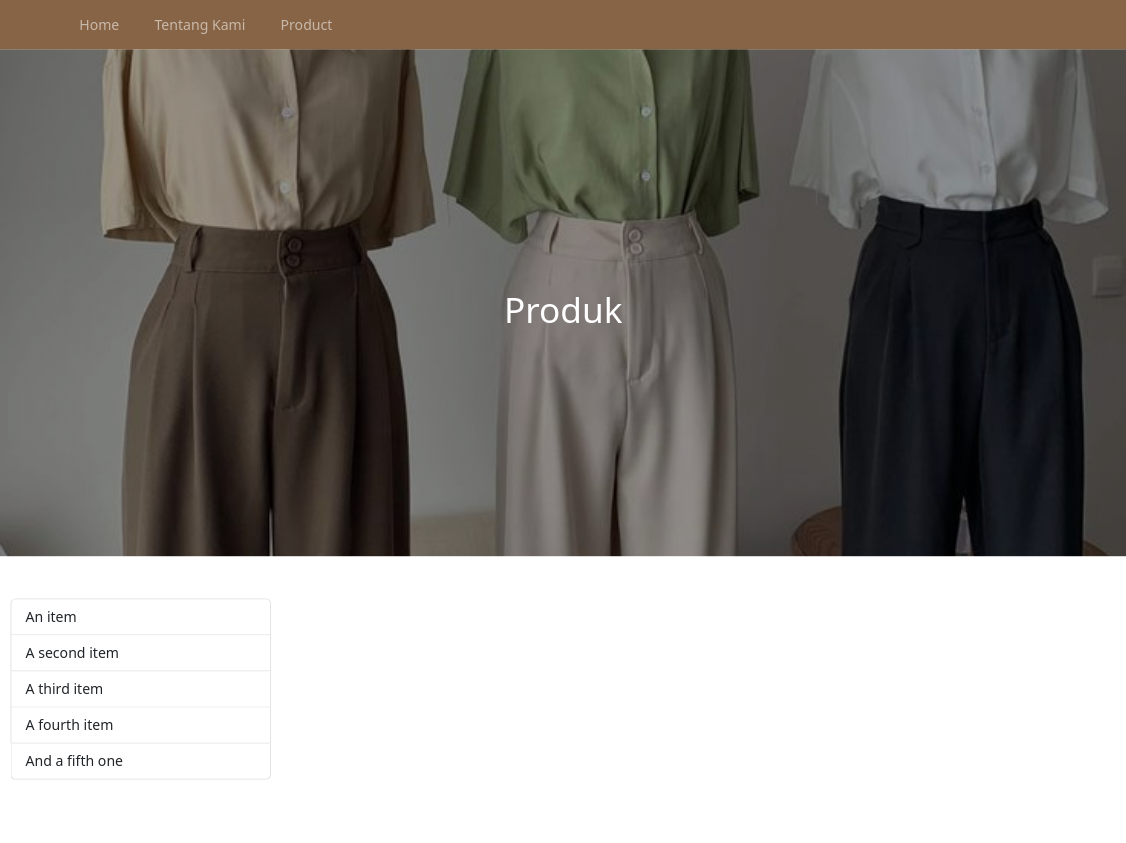
Repository: herman165/tugas_uas
Page: http://localhost/produk.php
An editor plug-in stored every save of this project. The page is shown before and after a run of saves, followed by the edit.
The browser window is 1280 px wide. The pictures show the whole page, at 88% of full size.
The page is run by PHP 8.4 with error messages shown; the project is at /var/www/html/.

Above is the page before, as saved 2024-12-11 03:19:33.

### produk.php

<!DOCTYPE html>
<html lang="en">
<head>
    <meta charset="UTF-8">
    <meta name="viewport" content="width=device-width, initial-scale=1.0">
    <title>Produk-Page</title>
    <link rel="stylesheet" href="bootstrap/css/bootstrap.min.css">
    <link rel="stylesheet" href="fontawesome/css/all.min.css">
    <link rel="stylesheet" href="css/style.css">
</head>
<body>
    <!-- navbar -->
    <?php require "navbar.php" ?>

    <!-- benner -->
     <div class="container-fluid banner d-flex align-items-center">
        <div class="container">
            <h1 class="mt-4 text-white text-center">Produk</h1>
        </div>
     </div>

    <!-- layout produk -->
        <div class="container-fluid d py-5">
            <div class="row">
                <div class="col-md-3 mb-4">
                    <ul class="list-group">
                        <li class="list-group-item">An item</li>
                        <li class="list-group-item">A second item</li>
                        <li class="list-group-item">A third item</li>
                        <li class="list-group-item">A fourth item</li>
                        <li class="list-group-item">And a fifth one</li>
                    </ul>
                </div>
                <div class="col-md-6"></div>
            </div>
        </div>


    <script src="bootstrap/js/bootstrap.bundle.min.js"></script>
    <script src="fontawesome/js/all.min.js"></script>
</body>
</html>

### navbar.php
<!DOCTYPE html>
<html lang="en">
<head>
    <meta charset="UTF-8">
    <meta name="viewport" content="width=device-width, initial-scale=1.0">
    <title>Responsive Navbar</title>
     <link rel="stylesheet" href="bootstrap/css/bootstrap.min.css">

<style>

        /* Khusus tampilan HP */
        @media (max-width: 480px) {
            .navbar {
                background: linear-gradient(to right, #6a11cb, #2575fc); /* Gradient ungu ke biru */
                box-shadow: 0 4px 6px rgba(0, 0, 0, 0.3); /* Bayangan */
                border-radius: 5px; /* Membuat sudut melengkung */
            }

            .navbar-dark .nav-link {
                color: #ffffff;
                background-color: rgba(255, 255, 255, 0.2); /* Transparan putih */
                margin: 5px;
                padding: 10px;
                border-radius: 5px; /* Melengkung */
                text-align: center;
                transition: background-color 0.3s ease, color 0.3s ease;
            }

            .navbar-dark .nav-link:hover {
                background-color: rgba(255, 255, 255, 0.4); /* Lebih terang saat hover */
                color: #ffcc00; /* Warna kuning keemasan */
            }

            /* Tombol toggler */
            .navbar-dark .navbar-toggler {
                border: none;
                background-color: #ffffff; /* Putih */
                padding: 5px;
                border-radius: 3px; /* Melengkung */
            }

            .navbar-dark .navbar-toggler-icon {
                background-color: #6a11cb; /* Ungu */
                border-radius: 2px;
                width: 25px;
                height: 3px;
            }
        }

</style>

</head>
<body>
    <nav class="navbar navbar-expand-lg navbar-dark warna1">
        <div class="container">
            <button class="navbar-toggler" type="button" data-bs-toggle="collapse" data-bs-target="#navbarSupportedContent" aria-controls="navbarSupportedContent" aria-expanded="false" aria-label="Toggle navigation">
                <span class="navbar-toggler-icon"></span>
            </button>
            <div class="collapse navbar-collapse" id="navbarSupportedContent">
                <ul class="navbar-nav me-auto mb-2 mb-lg-0">
                    <li class="nav-item me-4 ">
                        <a class="nav-link " href="index.php">Home</a>
                    </li>
                    <li class="nav-item me-4 ">
                        <a class="nav-link" href="tentang-kami.php">Tentang Kami</a>
                    </li>
                    <li class="nav-item me-4 ">
                        <a class="nav-link" href="produk.php">Product</a>
                    </li>
                </ul>
            </div>
        </div>
    </nav>

    <script src="bootstrap/js/bootstrap.bundle.min.js"></script>
</body>
</html>

### css/style.css
.warna1 {
    background-color: #876445;
}
.warna2 {
    background-color: #CA965C;
}
.warna3 {
    background-color: #EEC373;
}
.warna4 {
    background-color: #F4DFBA;
}
.banner {
    height: 80vh; /* Mengisi seluruh tinggi layar */
    background: linear-gradient(rgba(0, 0, 0, 0.4), rgba(0, 0, 0, 0.4)), url('../image/benner\ new.jpg');
    background-size: cover; /* Memastikan gambar menutupi seluruh elemen */
    background-position: center; /* Memusatkan gambar */
    background-repeat: no-repeat; /* Mencegah gambar diulang */
}



@media (max-width: 768px) {
    .banner {
        height: 30vh;
    }
}
.highlighted-kategori{
    height: 250px;

}
.no-decoration{
    text-decoration: none;
    color:white;
}
.no-decoration:hover {
    color: #EEC373;
}

.kategori-baju-pria {
  background: linear-gradient(rgba(0, 0, 0, 0.4), rgba(0, 0, 0, 0.4)), url('../image/baju\ pria.jpg');
  background-size: cover;
  background-position: center;
  background-repeat: no-repeat;
}
.kategori-baju-wanita {
  background: linear-gradient(rgba(0, 0, 0, 0.4), rgba(0, 0, 0, 0.4)), url('../image/baju\ wanita.jpg');
  background-size: cover;
  background-position: center;
  background-repeat: no-repeat;

}
.kategori-sepatu-pria {
  background: linear-gradient(rgba(0, 0, 0, 0.4), rgba(0, 0, 0, 0.4)), url('../image/Vans\ Old\ Skool\ Sneakers\ in\ Black_White\ _\ VN000D3HY28\ -\ Men\ 13_Wmn\ 14_5\ _\ Black.jpg');
  background-size: cover;
  background-position: center;
  background-repeat: no-repeat;
}
.kategori-jam-pria {
  background: linear-gradient(rgba(0, 0, 0, 0.4), rgba(0, 0, 0, 0.4)), url('../image/Kegllect\ Men\ Life\ Waterproof\ Quartz\ Watch\ Mens\ Large\ Dial\ Sport\ Wristwatch\ Jam\ Tangan\ Lelaki.jpg');
  background-size: cover;
  background-position: center;
  background-repeat: no-repeat;
}
.text-harga{
    font-size: 20px;
    color:#CA965C;
}
.image-box {
    height: 200px;
}
.image-box img{
    height: 100%;
    width: 100%;
    object-fit: cover;
    object-position: center;
}
.subscribe-content {
    background-color: rgba(0, 0, 0, 0.7);
}
.subscribe-content a {
    color: #fff
}
.bounce-icon {
    font-size: 50px;
    color: #fff;
    animation: wave 2s infinite;
}
@keyframes wave {
    0% {
        transform: translateX(0) translateY(0);
    }
    40% {
        transform: translateX(10px) translateY(-10px);
    }
    50% {
        transform: translateX(-10px) translateY(10px);
    }
    60% {
        transform: translateX(10px) translateY(10px);
    }
    80% {
        transform: translateX(-10px) translateY(-10px);
    }
    100% {
        transform: translateX(0) translateY(0);
    }
}

Loaded but not shown: bootstrap/css/bootstrap.min.css (library); fontawesome/css/all.min.css (library); bootstrap/js/bootstrap.bundle.min.js (library)

After the next 2 saves:
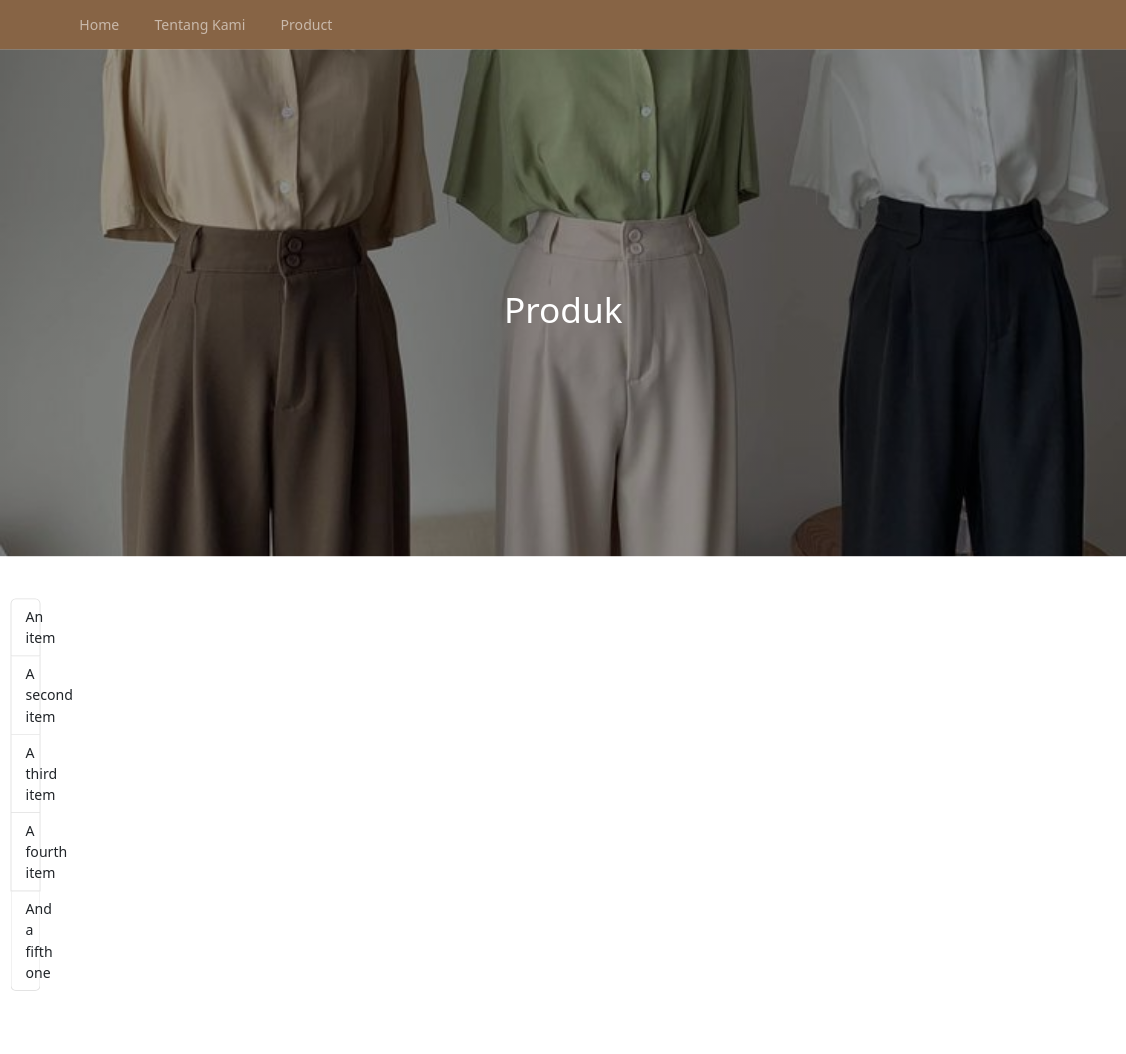
The 2 saves are shown as one change because they came seconds apart.
The last was saved 10 s later.
--- a/produk.php
+++ b/produk.php
@@ -21,7 +21,7 @@
      </div>
 
     <!-- layout produk -->
-        <div class="container-fluid d py-5">
+        <div class="container-fluid d-flex align-items-center py-5">
             <div class="row">
                 <div class="col-md-3 mb-4">
                     <ul class="list-group">

After the save that followed:
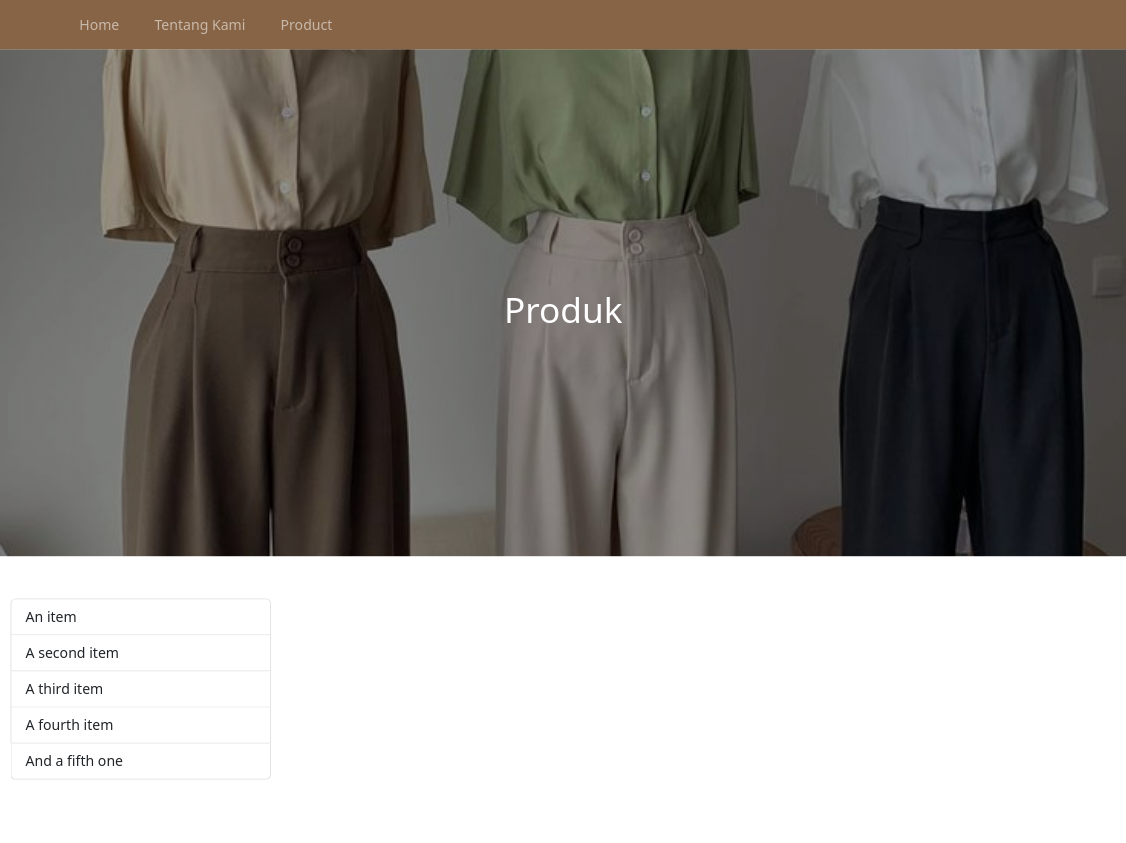
Saved 9 s later.
--- a/produk.php
+++ b/produk.php
@@ -21,7 +21,7 @@
      </div>
 
     <!-- layout produk -->
-        <div class="container-fluid d-flex align-items-center py-5">
+        <div class="container-fluid  align-items-center py-5">
             <div class="row">
                 <div class="col-md-3 mb-4">
                     <ul class="list-group">
